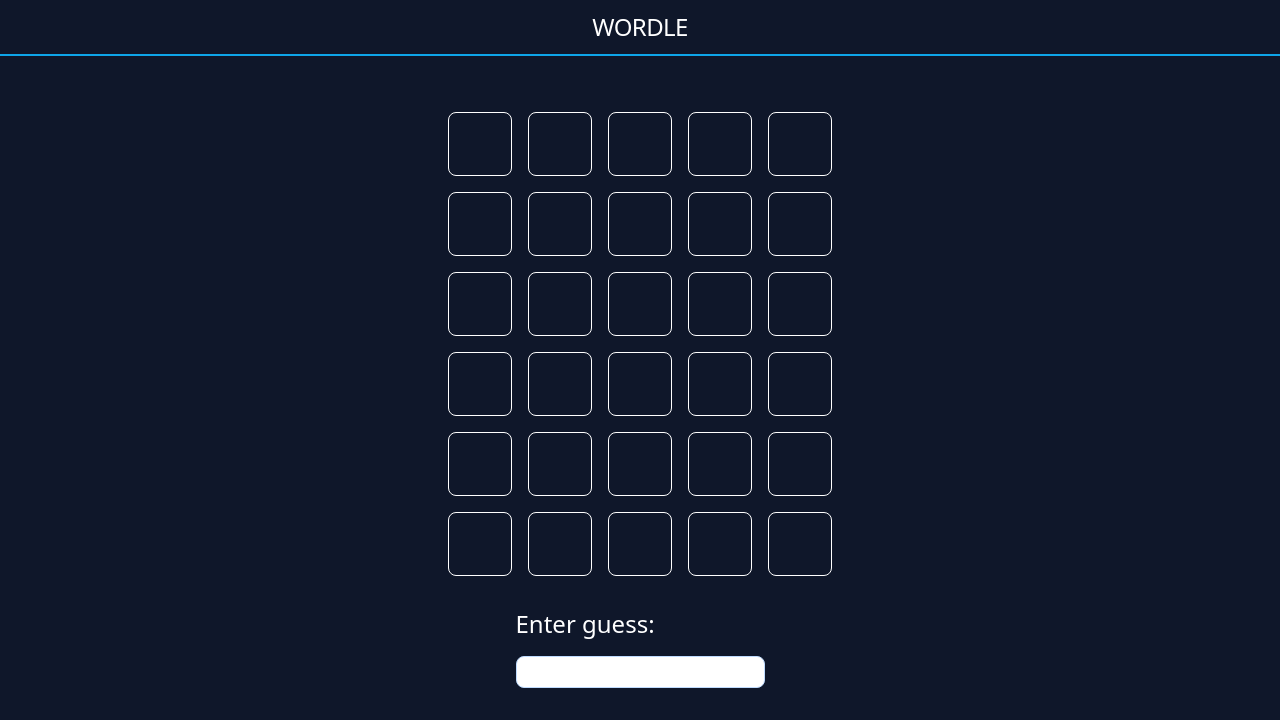
Repository: hjubsoni/basic-wordle-game
Page: / (app in client/)
An editor plug-in stored every save of this project. The page is shown before and after the next save, followed by the edit.
The browser window is 1280 px wide. The pictures show the whole page.
The page's requests for data from a server got no answer. The project was rebuilt for these pictures with package versions that can differ from the ones it lists, and the page was loaded fresh each time. No one was signed in, and anything a server would have sent is missing. Also part of the build but not shown: client/vite.config.ts.

Above is the page before, as saved 2023-01-27 16:54:36.

### client/src/main.tsx
import React from 'react';
import ReactDOM from 'react-dom/client';
import App from './App';
import './index.css';

ReactDOM.createRoot(
  document.getElementById('root') as HTMLElement
).render(
  <React.StrictMode>
    <App />
  </React.StrictMode>
);

### client/src/App.tsx
import React from 'react';
import Header from './components/Header';
import Game from './components/Game';

function App() {
  return (
    <div className="h-full">
      <Header />
      <Game />
    </div>
  );
}

export default App;

### client/src/index.css
@tailwind base;
@tailwind components;
@tailwind utilities;

@layer base {
  html,
  body,
  #root {
    @apply h-full bg-slate-900;
  }
}

### client/src/components/Header/Header.tsx
import React from 'react';

function Header() {
  return (
    <header className="flex h-14 items-center justify-center  border-b-2 border-sky-500 ">
      <h2 className="uppercase text-white text-2xl tracking-tight">
        Wordle
      </h2>
    </header>
  );
}

export default Header;

### client/src/components/Game/Game.tsx
import React from 'react';
import { range } from '../../utils/range';
import Row from '../Row';
import Cell from '../Cell';
import Form from '../Form';

interface Styles {
  [key: string]: string;
}

function Game() {
  const [correctWord, setCorrectWord] = React.useState('');
  const [guessedWords, setGuessedWords] = React.useState<string[]>(
    new Array(6).fill('')
  );
  const [guess, setGuess] = React.useState<string>('');
  const [styles, setStyles] = React.useState<Styles[]>([]);

  const generateCorrectWord = async () => {
    const response = await fetch('http://localhost:5000/api');
    const words = await response.json();
    setCorrectWord(words[Math.floor(Math.random() * words.length)]);
  };

  React.useEffect(() => {
    generateCorrectWord();
  }, []);

  return (
    <main className="flex items-center justify-center flex-col gap-8 p-4">
      <div className="flex gap-4 flex-col max-w-sm w-full rouded-lg mt-10">
        {guessedWords.map((row, rowIdx) => {
          return (
            <Row key={rowIdx}>
              {range(5).map((_, cellIdx) => (
                <Cell key={cellIdx} letter={row[cellIdx]} />
              ))}
            </Row>
          );
        })}
      </div>

      <Form
        guess={guess}
        setGuess={setGuess}
        guessedWords={guessedWords}
        setGuessedWords={setGuessedWords}
        correctWord={correctWord}
      />
    </main>
  );
}

export default Game;

### client/src/utils/range.tsx
export const range = (start: number, end?: number, step = 1) => {
  let output = [];
  if (typeof end === 'undefined') {
    end = start;
    start = 0;
  }
  for (let i = start; i < end; i += step) {
    output.push(i);
  }
  return output;
};

### client/src/components/Cell/index.tsx
export { default } from './Cell';

### client/src/components/Row/Row.tsx
import React from 'react';

function Row({ children }: { children: React.ReactNode }) {
  return <div className="flex gap-4">{children}</div>;
}

export default Row;

### client/src/components/Cell/Cell.tsx
import React from 'react';

function Cell({ letter }: { letter: string }) {
  return (
    <div className="border border-white flex-1 aspect-square rounded-lg text-white text-3xl uppercase flex items-center justify-center">
      {letter}
    </div>
  );
}

export default Cell;

### client/src/components/Form/Form.tsx
import React from 'react';

interface FormProps {
  guess: string;
  setGuess: React.Dispatch<React.SetStateAction<string>>;
  guessedWords: string[];
  setGuessedWords: React.Dispatch<React.SetStateAction<string[]>>;
  correctWord: string;
}

function Form({
  guess,
  setGuess,
  guessedWords,
  setGuessedWords,
  correctWord,
}: FormProps) {
  const [currentRow, setCurrentRow] = React.useState(0);
  const handleSubmit = (e: React.FormEvent<HTMLFormElement>) => {
    e.preventDefault();
    const guessedWordsCopy = [...guessedWords];
    guessedWordsCopy[currentRow] = guess;
    setGuessedWords(guessedWordsCopy);
    setGuess('');
    setCurrentRow(currentRow + 1);
  };
  return (
    <form
      onSubmit={handleSubmit}
      className="flex gap-4 items-baseline flex-col"
    >
      <label htmlFor="guess" className="text-white text-2xl">
        Enter guess:
      </label>
      <input
        className="border border-blue-200 rounded-lg px-2 h-8"
        type="text"
        id="guess"
        name="guess"
        value={guess}
        onChange={(e) => setGuess(e.target.value)}
        required={true}
        min={'5'}
        max={'5'}
      />
    </form>
  );
}

export default Form;

Loaded but not shown: client/index.html (common file); client/src/components/Header/index.tsx (common file); client/src/components/Game/index.tsx (common file); client/src/components/Row/index.tsx (common file); client/src/components/Form/index.tsx (common file); client/tailwind.config.cjs (common file)

After the next save:
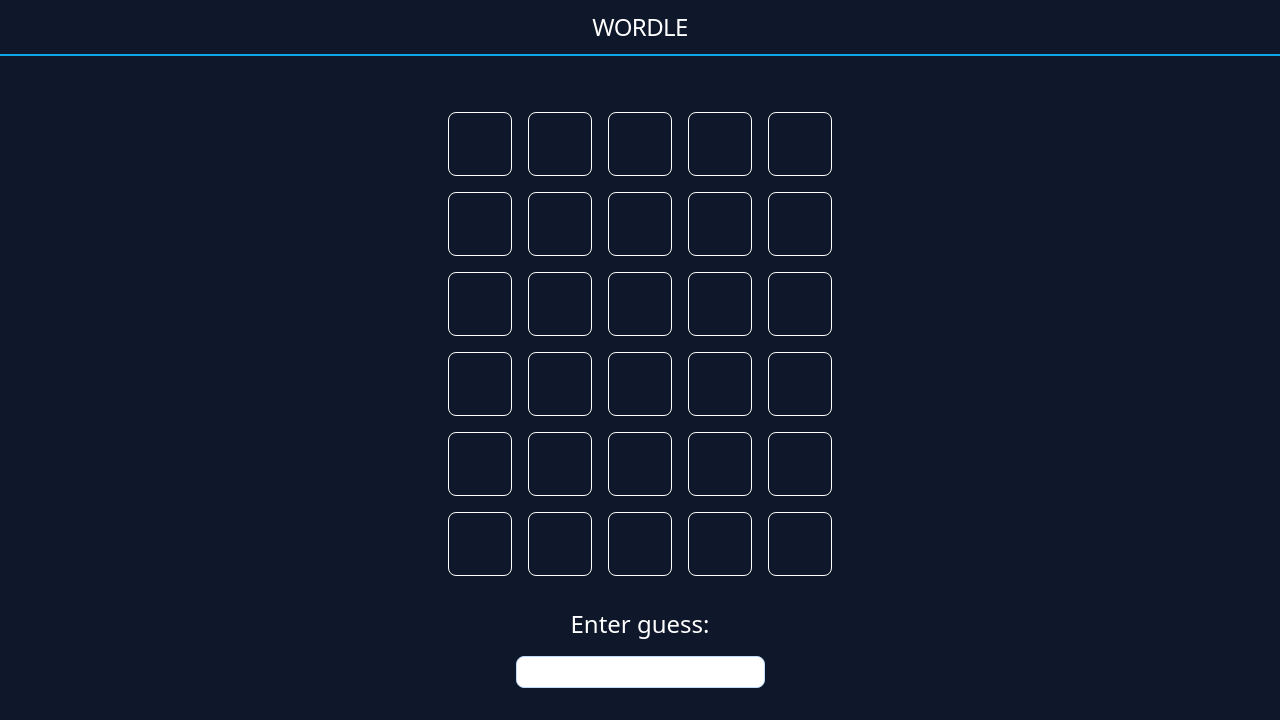
Saved 8 s later.
--- a/client/src/components/Form/Form.tsx
+++ b/client/src/components/Form/Form.tsx
@@ -27,7 +27,7 @@
   return (
     <form
       onSubmit={handleSubmit}
-      className="flex gap-4 items-baseline flex-col"
+      className="flex gap-4 items-center flex-col "
     >
       <label htmlFor="guess" className="text-white text-2xl">
         Enter guess:
